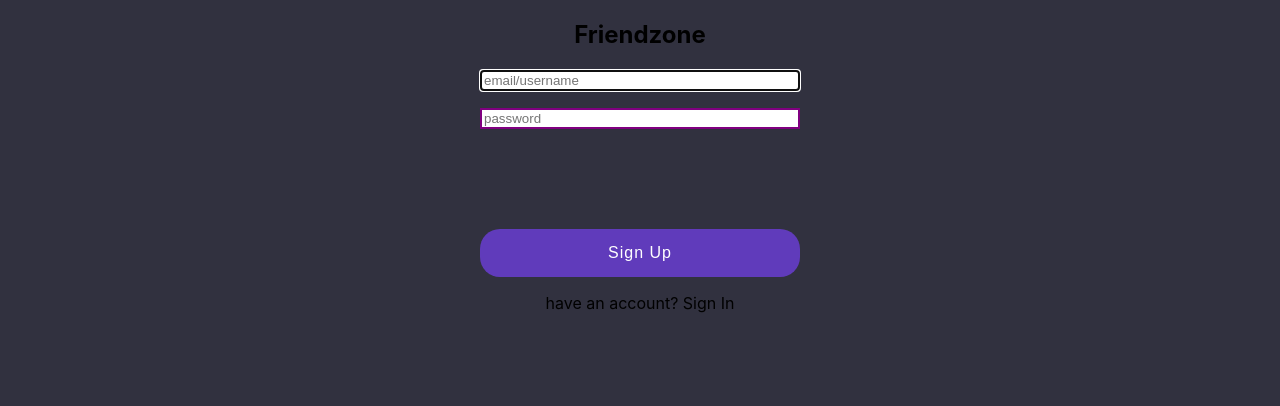
Repository: DerickT02/friend-zone
Page: /
The author's editor kept a copy of each file at every save. The page is drawn from the files as they stood at one save, then again after the next save.
The browser window is 1280 px wide. The pictures show the whole page.
The project was rebuilt for these pictures with package versions that can differ from the ones it lists, and the page was loaded fresh each time. Also part of the build but not shown: src/Appreducer.js, src/GlobalState.js, src/Post.js, src/Homepage.js, src/fire.js.

Above is the page before, as saved 2021-07-07 07:46:02.

### src/index.js
import React from 'react';
import ReactDOM from 'react-dom';
import './index.css';
import App from './App';


ReactDOM.render(

    <App />,
  document.getElementById('root')
);

// If you want to start measuring performance in your app, pass a function
// to log results (for example: reportWebVitals(console.log))
// or send to an analytics endpoint. Learn more: https://bit.ly/CRA-vitals

### src/index.css
body {
  margin: 0;
  font-family: -apple-system, BlinkMacSystemFont, 'Segoe UI', 'Roboto', 'Oxygen',
    'Ubuntu', 'Cantarell', 'Fira Sans', 'Droid Sans', 'Helvetica Neue',
    sans-serif;
  -webkit-font-smoothing: antialiased;
  -moz-osx-font-smoothing: grayscale;
  background-color: rgb(49, 49, 63);

}

code {
  font-family: source-code-pro, Menlo, Monaco, Consolas, 'Courier New',
    monospace;
}

### src/App.js
import React, { Component, useState, useEffect } from 'react'
import { BrowserRouter, Switch, Link, Route, Redirect, Router} from 'react-router-dom'
import Login from './Login'
import Homepage from './Homepage'
import './App.css'

import fire from './fire'
import GlobalProvider from './GlobalState'

function App() {
  const [user, setUser] = useState('')
  const [email, setEmail] = useState('')
  const [password, setPassword] = useState('')
  const [emailError, setEmailError] = useState('')
  const [passwordError, setPasswordError] = useState('')
  const [hasAccount, setHasAccount] = useState(false)

const clearInputs = () => {
  setEmail('')
  setPassword('')
}

const clearErrors = () => {
  setEmailError('');
  setPasswordError('')
}

const handleLogin = () => {
  clearErrors()
  fire
  .auth()
  .signInWithEmailAndPassword(email, password)
  .catch(err => {
      switch(err.code){
          case 'auth/invalid-email':
          case 'auth/user-disabled':
          case 'auth/user-not-found':
              setEmailError(err.message)
              break;
          case 'auth/wrong-password':
              setPasswordError(err.message)
              break
      }
  })
}

const handleSignup = () => {
  clearErrors()
  fire
  .auth()
  .createUserWithEmailAndPassword(email, password)
  .catch(err => {
      switch(err.code){
          case 'auth/email-already-in-use':
          case 'auth/invalid-email':
          setEmailError(err.message);
          break;

          case 'auth/weak-password':
          setPasswordError(err.message)
      }
  })
}

const handleLogout = () => {
  fire
  .auth()
  .signOut()
}

const authListener = () => {
  fire.auth().onAuthStateChanged((user) => {
    if(user){
      clearInputs()
      setUser(user)
    }
    else {
        setUser('')
    }
  })
}

useEffect(() => {
  authListener()
}, [])

  return (
    <div className="App">
    {user ? (
      <BrowserRouter>
      <GlobalProvider>
      <Switch>
        <Route exact path = '/'><Redirect to = "/homepage"/></Route>
        <Route exact path = '/homepage'><Homepage handleLogout = {handleLogout}/></Route>
      </Switch>
      </GlobalProvider>
     </BrowserRouter>
    ) : (

      <BrowserRouter>
      <Switch>
      <Route exact path = '/homepage'><Redirect to = "/" /></Route>
        <Route><Login email = {email}
            setEmail = {setEmail}
            password = {password}
            setPassword={setPassword}
            handleLogin={handleLogin}
            handleSignup={handleSignup}
            hasAccount={hasAccount}
            setHasAccount={setHasAccount}
            emailError={emailError}
            passwordError={passwordError} /></Route>
      </Switch>
      </BrowserRouter>
    )}

    </div>
  );
}

export default App;

### src/Login.js
import React, { Component, useState, useEffect } from 'react'
import './Login.css'
import {Link} from 'react-router-dom'

const Login = (props) => {
    const {email, setEmail, password, setPassword, handleLogin, handleSignup, hasAccount, setHasAccount, emailError, passwordError} = props
    return (
        <section className = "login">
        <div className="loginContainer" >

<h1>Friendzone</h1>


<input placeholder = 'email/username' type ="text" autoFocus required value = {email} onChange={(e) => setEmail(e.target.value)}/>
<p className ="errorMsg">{emailError}</p>

<input placeholder = 'password' type ="password" required value = {password} onChange={(e) => setPassword(e.target.value)} />
<p className = "errorMsg">{passwordError}</p>
<div className="btnContainer">

    {hasAccount ? (
        <div>
       <button type = "submit" onClick = {handleLogin}>Sign in</button>
        <p>Don't have an account? <span onClick ={() => setHasAccount(!hasAccount)}>Sign Up</span></p>
        </div>
    ):(
        <div>
        <button type = "submit" onClick={handleSignup}>Sign Up</button>
        <p>have an account? <span onClick = {() => setHasAccount(!hasAccount)}>Sign In</span></p>
        </div>
    )}

</div>
</div>
</section>





    )
}


export default Login

### src/Login.css
* {
  box-sizing: border-box;
}

.login .loginContainer input {
  border: 2px solid purple;
  width: 25%;
  height: 10%;
}


.btnContainer {
  margin-top: 100px;
}


.btnContainer button {
  border: none;
  border-radius: 20px;
  outline: none;
  width: 25%;
  padding: 15px 0;
  color: #fff;
  font-size: 16px;
  letter-spacing: 1px;
  background: #603bbb;
  cursor: pointer;
}

Loaded but not shown: public/index.html (common file); src/App.css (common file)

After the next save:
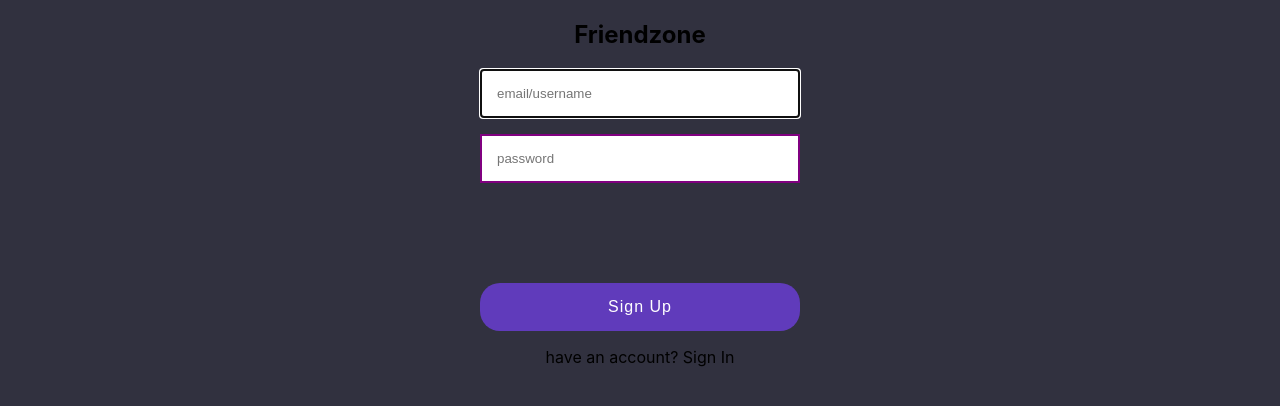
Saved 16 s later.
--- a/src/Login.css
+++ b/src/Login.css
@@ -5,7 +5,7 @@
 .login .loginContainer input {
   border: 2px solid purple;
   width: 25%;
-  height: 10%;
+  padding: 15px;
 }
 
 
